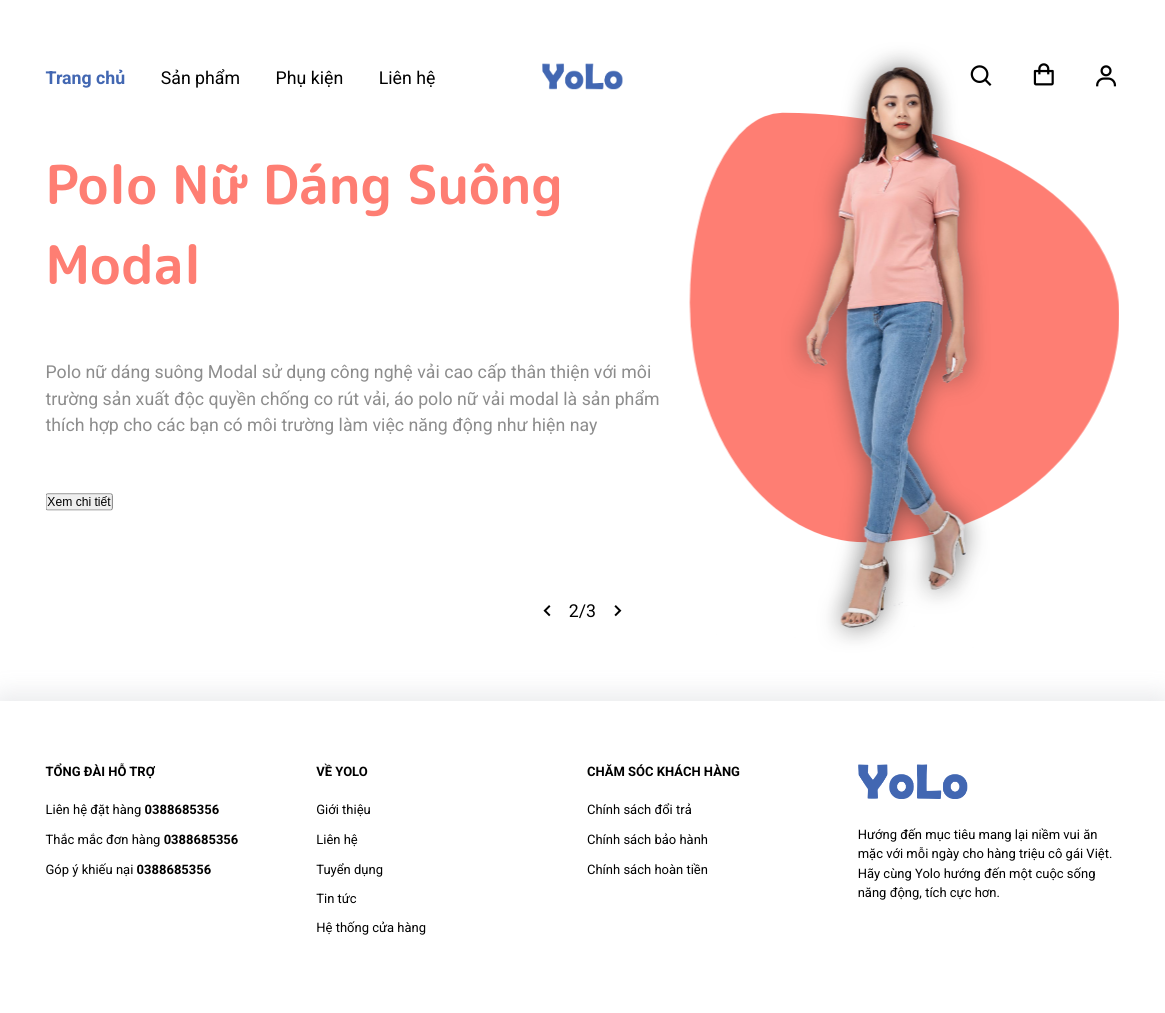
Repository: NguyenThanhBinh1210/Binh-React
Page: / (app in yoloshop/)
The author's editor kept a copy of each file at every save. The page is drawn from the files as they stood at one save, then again after the next save.
The browser window is 1280 px wide. The pictures show the whole page, at 91% of full size.
The project was rebuilt for these pictures with package versions that can differ from the ones it lists, and the page was loaded fresh each time. A package was used in the major version that the imports need, not the one package.json lists. Also part of the build but not shown: yoloshop/src/pages/Product.jsx, yoloshop/src/pages/Catalog.jsx, yoloshop/src/pages/Cart.jsx, yoloshop/src/pages/Accessory.jsx, yoloshop/src/pages/Contact.jsx.

Above is the page before, as saved 2021-11-25 16:11:54.

### yoloshop/src/index.js
import React from 'react'
import ReactDOM from 'react-dom'
import Layout from './components/Layout'
import reportWebVitals from './reportWebVitals'
import './assets/boxicons-2.0.7/css/boxicons.min.css'
import './sass/index.scss'

ReactDOM.render(
	<React.StrictMode>
		<Layout />
	</React.StrictMode>,
	document.getElementById('root')
)

// If you want to start measuring performance in your app, pass a function
// to log results (for example: reportWebVitals(console.log))
// or send to an analytics endpoint. Learn more: https://bit.ly/CRA-vitals
reportWebVitals()

### yoloshop/src/components/Layout.jsx
import React from 'react'
import { BrowserRouter, Route } from 'react-router-dom'
import Header from './Header'
import Footer from './Footer'
import Routess from '../routes/Routess'

export default function Layout() {
	return (
		<BrowserRouter>
			<Route
				render={props => (
					<div>
						<Header {...props} />
						<div className="container">
							<div className="main">
								<Routess />
							</div>
						</div>
						<Footer />
					</div>
				)}
			/>
		</BrowserRouter>
	)
}

### yoloshop/src/sass/index.scss
@import './variables';
@import './mixins';
@import './base.scss';

@import './components/header';
@import './components/footer';
@import './components/hero-slider.scss';

### yoloshop/src/components/Header.jsx
import React, { useEffect, useRef } from 'react'
import logo from '../assets/images/Logo-2.png'
import { Link, useLocation } from 'react-router-dom'

const mainNav = [
	{
		display: 'Trang chủ',
		path: '/'
	},
	{
		display: 'Sản phẩm',
		path: '/catalog'
	},
	{
		display: 'Phụ kiện',
		path: '/accessories'
	},
	{
		display: 'Liên hệ',
		path: '/contact'
	}
]
export default function Header() {
	const { pathname } = useLocation()
	const activeNav = mainNav.findIndex(e => e.path === pathname)
	const headerRef = React.useRef(null)

	useEffect(() => {
		window.addEventListener('scroll', () => {
			if (
				document.body.scrollTop > 80 ||
				document.documentElement.scrollTop > 80
			) {
				headerRef.current.classList.add('shrink')
			} else {
				headerRef.current.classList.remove('shrink')
			}
		})
		return () => {
			window.removeEventListener('scroll')
		}
	}, [])

	const menuLeft = useRef(null)

	const menuToggle = () => menuLeft.current.classList.toggle('active')

	return (
		<div className="header" ref={headerRef}>
			<div className="container">
				<div className="header__logo">
					<Link to="/">
						<img src={logo} alt="logo" />
					</Link>
				</div>
				<div className="header__menu">
					<div className="header__menu__mobile-toggle" onClick={menuToggle}>
						<i class="bx bx-menu-alt-left"></i>
					</div>
					<div className="header__menu__left" ref={menuLeft}>
						<div className="header__menu__left__close" onClick={menuToggle}>
							<i class="bx bx-chevron-left"></i>
						</div>
						{mainNav.map((item, index) => (
							<div
								key={index}
								className={`header__menu__item  header__menu__left__item ${
									index === activeNav ? 'active' : ''
								}`}
								onClick={menuToggle}
							>
								<Link to={item.path}>
									<span>{item.display}</span>
								</Link>
							</div>
						))}
					</div>
					<div className="header__menu__right">
						<div className="header__menu__item header__menu__right__item">
							<i class="bx bx-search"></i>
						</div>
						<div className="header__menu__item header__menu__right__item">
							<Link to="/cart">
								<i class="bx bx-shopping-bag"></i>
							</Link>
						</div>
						<div className="header__menu__item header__menu__right__item">
							<i class="bx bx-user"></i>
						</div>
					</div>
				</div>
			</div>
		</div>
	)
}

### yoloshop/src/components/Footer.jsx
import React from 'react'
import { Link } from 'react-router-dom'
import Grid from './Grid'
import logo from '../assets/images/Logo-2.png'

const footerAboutLinks = [
	{
		display: 'Giới thiệu',
		path: '/about'
	},
	{
		display: 'Liên hệ',
		path: '/contact'
	},
	{
		display: 'Tuyển dụng',
		path: '/about'
	},
	{
		display: 'Tin tức',
		path: '/about'
	},
	{
		display: 'Hệ thống cửa hàng',
		path: '/about'
	}
]

const footerCustomLinks = [
	{
		display: 'Chính sách đổi trả',
		path: '/about'
	},

	{
		display: 'Chính sách bảo hành',
		path: '/about'
	},

	{
		display: 'Chính sách hoàn tiền',
		path: '/about'
	}
]

export default function Footer() {
	return (
		<footer className="footer">
			<div className="container">
				<Grid col={4} mdCol={2} smCol={1} gap={10}>
					<div>
						<div className="footer__title">Tổng đài hỗ trợ</div>
						<div className="footer__content">
							<p>
								Liên hệ đặt hàng <strong> 0388685356</strong>
							</p>
							<p>
								Thắc mắc đơn hàng <strong> 0388685356</strong>
							</p>
							<p>
								Góp ý khiếu nại <strong> 0388685356</strong>
							</p>
						</div>
					</div>
					<div>
						<div className="footer__title">Về Yolo</div>
						<div className="footer__content">
							{footerAboutLinks.map((item, i) => (
								<p key={i} className="">
									<Link to={item.path}>{item.display}</Link>
								</p>
							))}
						</div>
					</div>
					<div>
						<div className="footer__title">Chăm sóc khách hàng</div>
						<div className="footer__content">
							{footerCustomLinks.map((item, i) => (
								<p key={i} className="">
									<Link to={item.path}>{item.display}</Link>
								</p>
							))}
						</div>
					</div>
					<div className="footer__about">
						<p>
							<Link to="/">
								<img src={logo} className="footer__logo" alt="logo" />
							</Link>
						</p>
						<p>
							Hướng đến mục tiêu mang lại niềm vui ăn mặc với mỗi ngày cho hàng
							triệu cô gái Việt. Hãy cùng Yolo hướng đến một cuộc sống năng
							động, tích cực hơn.
						</p>
					</div>
				</Grid>
			</div>
		</footer>
	)
}

### yoloshop/src/routes/Routess.jsx
import React from 'react'
import { Switch, Route } from 'react-router-dom'
import Home from '../pages/Home'
import Product from '../pages/Product'
import Catalog from '../pages/Catalog'
import Cart from '../pages/Cart'
import Accessory from '../pages/Accessory'
import Contact from '../pages/Contact'

const Routess = () => {
	return (
		<Switch>
			<Route path="/" exact component={Home}></Route>
			<Route path="/catalog/:slug" component={Product}></Route>
			<Route path="/catalog" component={Catalog}></Route>
			<Route path="/cart" component={Cart}></Route>
			<Route path="/accessories" component={Accessory}></Route>
			<Route path="/contact" component={Contact}></Route>
		</Switch>
	)
}

export default Routess

### yoloshop/src/sass/_variables.scss
$main-bg: #fff;
$main-color: #4267b2;

$txt-main-color: #000000;
$txt-second-color: #8d8d8d;
$txt-white: #fff;

$btn-main-bg: $main-color;
$btn-main-color: #fff;

$header-height: 170px;
$header-tablet-height: 70px;
$header-mobile-height: 40px;
$header-shrink-height: 70px;

$box-shadow: rgba(149, 157, 165, 0.2) 0px 0px 24px 8px;

$colors: (
	'blue': #4267b2,
	'orange': #fbb96b,
	'pink': #fe7e73,
	'white': #fff,
	'black': #000,
	'main': $main-color
);

$mobile-width: 600px;
$tablet-width: 1024px;

$numbers: (0, 1, 2, 3, 4, 5, 6, 7, 8);

### yoloshop/src/sass/_mixins.scss
@mixin flex($align-item, $justify-content) {
	display: flex;
	align-items: $align-item;
	justify-content: $justify-content;
}

@mixin mobile {
	@media only screen and (max-width: $mobile-width) {
		@content;
	}
}
@mixin tablet {
	@media only screen and (max-width: $tablet-width) {
		@content;
	}
}

### yoloshop/src/sass/_base.scss
@import url('https://fonts.googleapis.com/css2?family=Roboto:ital,wght@0,100;0,300;0,400;0,500;0,700;0,900;1,100;1,300;1,400;1,500;1,700;1,900&display=swap');

@import url('https://fonts.googleapis.com/css2?family=M+PLUS+Rounded+1c:wght@100;300;400;500;700;800;900&display=swap');

* {
	padding: 0;
	margin: 0;
	box-sizing: border-box;
	-webkit-tap-highlight-color: transparent;
	user-select: none;
}

html {
	font-size: 13px;
}

body {
	font-family: 'Roboto', sans-serif;
}

ul {
	list-style-type: none;
}

a {
	text-decoration: none;
	color: unset;
}

@each $color, $val in $colors {
	.color-#{$color} {
		color: $val;
	}

	.bg-#{$color} {
		background-color: $val;
	}
}

@each $val in $numbers {
	.grid-col-#{$val} {
		grid-template-columns: repeat($val, 1fr);
	}
}

@each $val in $numbers {
	.grid-col-md-#{$val} {
		@include tablet {
			grid-template-columns: repeat($val, 1fr);
		}
	}
}

@each $val in $numbers {
	.grid-col-sm-#{$val} {
		@include mobile {
			grid-template-columns: repeat($val, 1fr);
		}
	}
}

.container {
	width: 100%;
	max-width: 1620px;
	padding: 0 50px;
	margin: auto;

	@include tablet {
		padding: 0 20px;
	}

	@include mobile {
		padding: 0 10px;
	}
}

.main {
	margin-top: $header-height;
	margin-bottom: 2rem;
	min-height: 100vh;

	@include tablet {
		margin-top: calc(#{$header-tablet-height} + 20px);
	}
	@include mobile {
		margin-top: calc(#{$header-mobile-height} + 10px);
	}
}

.grid {
	display: grid;
}

### yoloshop/src/sass/components/_header.scss
.header {
	background-color: $main-bg;
	position: fixed;
	top: 0;
	left: 0;
	width: 100%;
	z-index: 99;
	height: $header-height;
	transition: height 0.3s ease;

	@include tablet {
		height: $header-tablet-height;
		box-shadow: $box-shadow;
	}
	@include mobile {
		height: $header-mobile-height;
	}

	.container {
		height: 100%;
	}

	&.shrink {
		height: $header-shrink-height;
		box-shadow: $box-shadow;
		z-index: 10001;
	}

	&__logo {
		@include flex(center, center);
		position: absolute;
		inset: 0;
		pointer-events: none;

		img {
			height: 28px;
		}
	}

	&__menu {
		@include flex(center, space-between);
		height: 100%;
		font-size: 1.5rem;

		&__item ~ &__item {
			margin-left: 39px;
			@include tablet {
				margin-left: 20px;
			}
			@include mobile {
				margin-left: 10px;
			}
		}
		&__item.active {
			font-weight: 600;
			color: $main-color;
		}
		&__item:hover {
			color: $main-color;
		}
		&__left,
		&__right {
			@include flex(center, center);
			height: 100%;
		}

		&__right {
			font-size: 2.25rem;
			&__item {
				@include flex(center, center);
			}
			@include mobile {
				font-size: 1.5rem;
			}
		}

		&__left {
			&__close {
				display: none;
			}

			@include tablet {
				flex-direction: column;
				background-color: $main-bg;
				position: absolute;
				left: 0;
				top: 0;
				width: 100%;
				height: 100vh;
				justify-content: flex-start;
				padding-top: 30px;
				transform: translateX(-100%);
				transition: transform 0.5s ease;

				&.active {
					transform: translateX(0);
				}

				&__item ~ &__item {
					margin-left: unset;
					margin-top: 20px;
				}
				&__close {
					display: block;
					position: absolute;
					left: 20px;
					font-size: 2.5rem;
				}
			}
		}
		&__mobile-toggle {
			display: none;

			@include tablet {
				display: block;
				font-size: 2.5rem;
			}
		}
	}
}

### yoloshop/src/sass/components/_footer.scss
.footer {
	padding: 70px 0;
	box-shadow: $box-shadow;
	font-size: 1.1rem;
	a:hover {
		color: $main-color;
	}
	&__logo {
		height: 38px;
	}
	&__about {
		p {
			margin-bottom: 2rem;
		}
		p:not(:first-child) {
			line-height: 1.5;
		}
	}
	&__title {
		text-transform: uppercase;
		margin-bottom: 2rem;
		font-weight: 600;
	}
	&__content {
		p {
			margin-bottom: 1.25rem;
		}
	}
}

### yoloshop/src/sass/components/_hero-slider.scss
.hero-slider {
	height: 100vh;
	max-height: 1080px;
	overflow: hidden;
	position: relative;
	margin-bottom: 50px;
	margin-top: calc(#{$header-height} * -1);
	@include tablet {
		margin-top: calc(#{$header-tablet-height} * -1);
	}
	@include mobile {
		margin-top: calc(#{$header-mobile-height} * -1);
	}
	&__item {
		@include flex(center, space-between);
		opacity: 0;
		visibility: hidden;
		pointer-events: none;
		position: absolute;
		inset: 0;
		&.active {
			opacity: 1;
			visibility: visible;
			pointer-events: visible;
		}
		&__info {
			width: 58.33%;
			&__title,
			&__description {
				margin-bottom: 60px;

				@include tablet {
					margin-bottom: 15px;
				}
			}
			&__title {
				font-family: 'M Plus Rounded 1c', sans-serif;
				font-weight: 600;
				font-size: 4.5rem;
				line-height: 6.75rem;
				overflow: hidden;
			}
			&__description {
				color: $txt-second-color;
				font-size: 1.5rem;
				line-height: 2.25rem;
				overflow: hidden;
			}
			&__btn {
				overflow: hidden;
			}
		}
		&__image {
			flex-grow: 1;
			position: relative;
			height: 100%;
			z-index: 1000;
			pointer-events: none;
			img {
				height: 100vh;
				position: absolute;
				bottom: 0;
				left: 0;
			}
			.shape {
				$size: 472px;
				height: $size;
				width: $size;
				position: absolute;
				right: 0;
				top: 50%;
				border-radius: 30% 70% 70% 30% / 30% 30% 70% 70%;
				transform: translate(0, -50%);
				transition: border-radius 13s ease;
				animation: border 10s infinite forwards;
			}
		}
	}
	&__control {
		@include flex(center, center);
		position: absolute;
		bottom: 5%;
		left: 50%;
		transform: translateX(-50%);

		&__item ~ &__item {
			margin-left: 10px;
		}
		&__item {
			@include flex(center, center);
			font-size: 2rem;
			cursor: pointer;

			&:hover {
				color: $main-color;
			}
			.index {
				font-size: 1.5rem;
			}
		}
	}
}

@keyframes border {
	0% {
		border-radius: 30% 70% 70% 30% / 30% 30% 70% 70%;
	}
	50% {
		border-radius: 20% 80% 59% 41% / 43% 45% 55% 57%;
	}
	100% {
		border-radius: 32% 68% 59% 41% / 53% 59% 41% 47%;
	}
}

### yoloshop/src/components/Grid.jsx
import React from 'react'
import PropTypes from 'prop-types'

const Grid = props => {
	const style = {
		gap: props.gap ? `${props.gap}px` : '0'
	}
	const col = props.col ? `grid-col-${props.col}` : '0'
	const mdCol = props.mdCol ? `grid-col-${props.mdCol}` : '0'
	const smCol = props.smCol ? `grid-col-${props.smCol}` : '0'
	return (
		<div className={`grid ${col} ${mdCol} ${smCol}`} style={style}>
			{props.children}
		</div>
	)
}

Grid.propTypes = {
	col: PropTypes.number.isRequired,
	mdCol: PropTypes.number,
	smCol: PropTypes.number,
	gap: PropTypes.number
}

export default Grid

### yoloshop/src/pages/Home.jsx
import React from 'react'
import heroSliderData from '../assets/fake-data/hero-slider'
import Helmet from '../components/Helmet'
import HeroSlider from '../components/HeroSlider'

const Home = () => {
	return (
		<Helmet title="Trang chủ">
			<HeroSlider
				data={heroSliderData}
				control={true}
				auto={true}
				timeOut={4000}
			/>
		</Helmet>
	)
}

export default Home

### yoloshop/src/assets/fake-data/hero-slider.js
const img1 = require('../images/slider/slide_1.png').default
const img2 = require('../images/slider/slide_2.png').default
const img3 = require('../images/slider/slide_3.png').default

const heroSliderData = [
	{
		title: 'Polo nữ Pima cao cấp',
		description:
			'Nhắc đến sự đẳng cấp là không thể không nhắc đến dòng vải pima. Nó tạo nên chất lượng tốt nhất cho bất kỳ sản phẩm thời trang nào. Sợi vải pima dài và dày hơn sợi cotton thông thường gấp đôi nhờ công nghệ dệt tân tiến. Điều đó làm cho kết cấu áo polo chắc chắn, bền chặt, hạn chế tối đa xù lông, mềm mượt, bền màu, vô cùng đảm bảo sức khoẻ người dùng',
		img: img1,
		color: 'blue',
		path: '/catalog/ao-thun-dinosaur-01'
	},
	{
		title: 'Polo Nữ Dáng Suông Modal',
		description:
			'Polo nữ dáng suông Modal sử dụng công nghệ vải cao cấp thân thiện với môi trường sản xuất độc quyền chống co rút vải, áo polo nữ vải modal là sản phẩm thích hợp cho các bạn có môi trường làm việc năng động như hiện nay',
		img: img2,
		path: '/catalog/ao-thun-dinosaur-02',
		color: 'pink'
	},
	{
		title: 'Polo Nữ Coolmax Lacoste',
		description:
			'Mẫu áo polo nữ được làm bằng chất liệu coolmax đem lại cảm giác mát lạnh khi mặc. Thiết kế mẫu áo polo coolmax này có kiểu dáng cực kỳ thoải mái. Tạo sự gọn gàng hứa hẹn sẽ là mẫu áo polo vô cùng hot trong thời điểm sắp tới',
		img: img3,
		path: '/catalog/ao-thun-dinosaur-03',
		color: 'orange'
	}
]

export default heroSliderData

### yoloshop/src/components/Helmet.jsx
import React from 'react'
import PropTypes from 'prop-types'

const Helmet = props => {
	document.title = 'Yolo - ' + props.title

	return <div>{props.children}</div>
}

Helmet.propTypes = {
	title: PropTypes.string.isRequired
}

export default Helmet

### yoloshop/src/components/HeroSlider.jsx
import React, { useCallback, useEffect, useState } from 'react'
import PropTypes from 'prop-types'
import { Link } from 'react-router-dom'

const HeroSlider = props => {
	const data = props.data
	// const activeSlider = 0
	const [activeSlider, setActiveSlider] = useState(0)

	const nextSlide = useCallback(() => {
		const _index = activeSlider + 1 === data.length - 1 ? 0 : activeSlider + 1
		setActiveSlider(_index)
	}, [activeSlider, data])

	const prevSlide = () => {
		const _index = activeSlider - 1 < 0 ? data.length - 1 : activeSlider - 1
		setActiveSlider(_index)
	}
	const timeOut = props.timeOut ? props.timeOut : 3000

	useEffect(() => {
		if (props.auto) {
			const sliderAuto = setInterval(() => {
				nextSlide()
			}, timeOut)
			return () => {
				clearInterval(sliderAuto)
			}
		}
	}, [nextSlide, timeOut, props])
	return (
		<div className="hero-slider">
			{data.map((item, index) => (
				<HeroSliderItem
					key={index}
					item={item}
					active={index === activeSlider}
				/>
			))}
			{props.control ? (
				<div className="hero-slider__control">
					<div className="hero-slider__control__item" onClick={prevSlide}>
						<i className="bx bx-chevron-left"></i>
					</div>
					<div className="hero-slider__control__item">
						<div className="index">
							{activeSlider + 1}/{data.length}
						</div>
					</div>

					<div className="hero-slider__control__item" onClick={nextSlide}>
						<i className="bx bx-chevron-right"></i>
					</div>
				</div>
			) : null}
		</div>
	)
}

HeroSlider.propTypes = {
	data: PropTypes.array.isRequired,
	control: PropTypes.bool,
	auto: PropTypes.bool,
	timeOut: PropTypes.number
}

const HeroSliderItem = props => (
	<div className={`hero-slider__item ${props.active ? 'active' : ''}`}>
		<div className="hero-slider__item__info">
			<div
				className={`hero-slider__item__info__title color-${props.item.color}`}
			>
				<span> {props.item.title}</span>
			</div>
			<div className="hero-slider__item__info__description">
				<span> {props.item.description}</span>
			</div>
			<div className="hero-slider__item__info__btn">
				<Link to={props.item.path}>
					<button>Xem chi tiết</button>
				</Link>
			</div>
		</div>
		<div className="hero-slider__item__image">
			<div className={`shape bg-${props.item.color}`}></div>
			<img src={props.item.img} alt={props.item.title} />
		</div>
	</div>
)

export default HeroSlider

Loaded but not shown: yoloshop/public/index.html (common file); yoloshop/src/reportWebVitals.js (common file); yoloshop/src/assets/boxicons-2.0.7/css/boxicons.min.css (library)

After the next save:
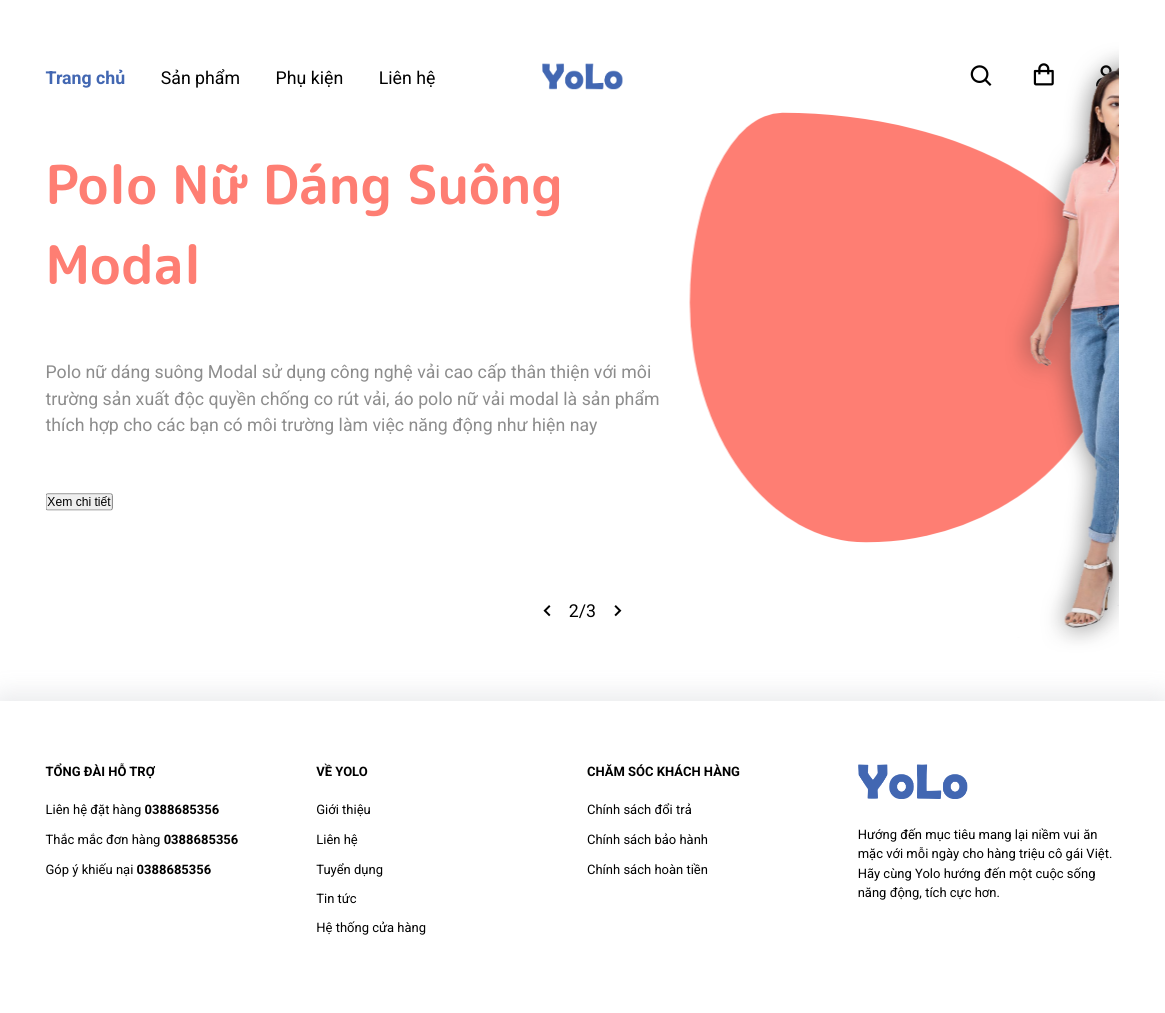
Saved 10 s later.
--- a/yoloshop/src/sass/components/_hero-slider.scss
+++ b/yoloshop/src/sass/components/_hero-slider.scss
@@ -60,7 +60,7 @@
 				height: 100vh;
 				position: absolute;
 				bottom: 0;
-				left: 0;
+				left: 50%;
 			}
 			.shape {
 				$size: 472px;
